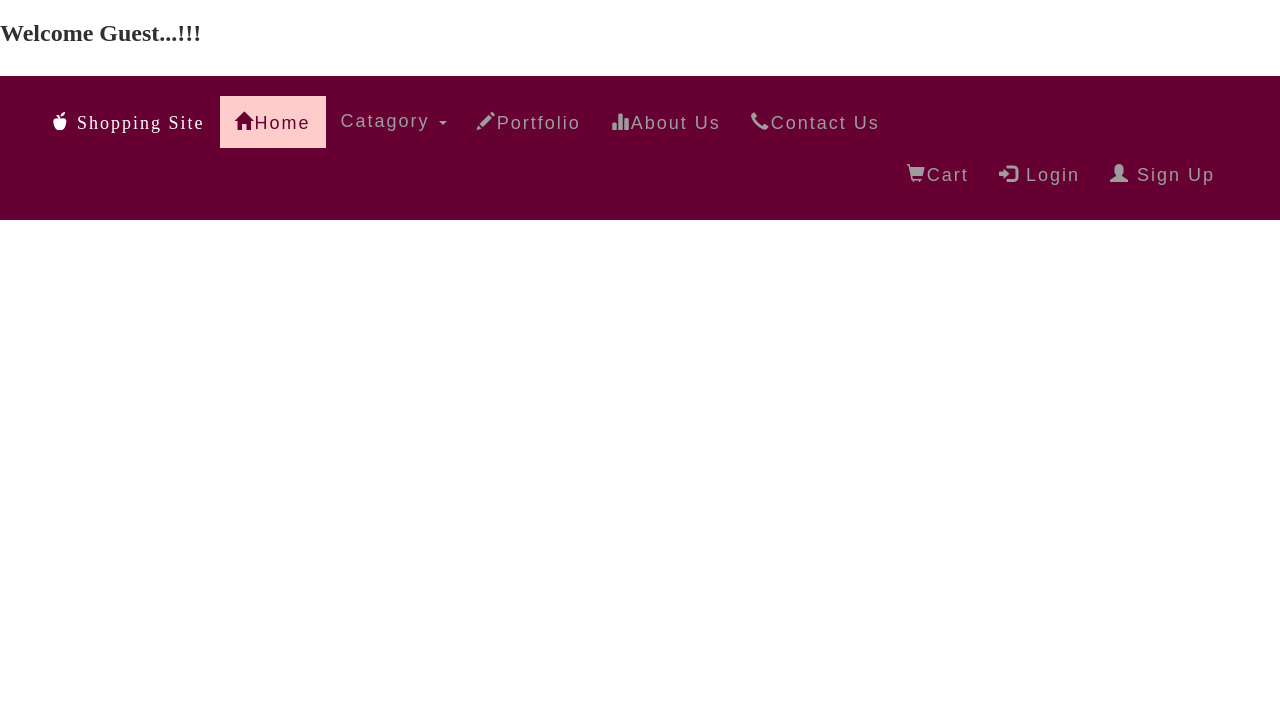
Repository: priyasuthakar/priya
Page: http://localhost/Apple/WEB-INF/views/about.jsp
These files come from the project's save history. The page is drawn as it stood at one moment and after the next save; the edit follows.
The browser window is 1280 px wide. The pictures show the whole page.
The page is served by Tomcat 9. Nobody is signed in. Other server files are loaded and not shown. The template is opened directly, without the code that normally fills it, so the values that code supplies are empty.

Above is the page before, as saved 2016-08-22 06:59:09.

### Apple/src/main/webapp/WEB-INF/views/about.jsp
<%@ page language="java" contentType="text/html; charset=ISO-8859-1"
	pageEncoding="ISO-8859-1"%>
<%@ taglib uri="http://java.sun.com/jsp/jstl/core" prefix="c"%>
<%@ taglib uri="http://www.springframework.org/tags" prefix="spring"%>
<%@ taglib uri="http://www.springframework.org/tags/form" prefix="form"%>
<%@ page session="false"%>
<%@page isELIgnored="false"%>
<%@include file="Header.jsp"%>
<!DOCTYPE html>
<html lang="en">
<head>
<title>My Shopping</title>
<meta charset="utf-8">
<meta name="viewport" content="width=device-width, initial-scale=1">
<link rel="stylesheet"
	href="http://maxcdn.bootstrapcdn.com/bootstrap/3.3.6/css/bootstrap.min.css">
<!-- <link href="http://fonts.googleapis.com/css?family=Montserrat"
	rel="stylesheet" type="text/css">
<link href="http://fonts.googleapis.com/css?family=Lato"
	rel="stylesheet" type="text/css">
 -->
<script
	src="https://ajax.googleapis.com/ajax/libs/jquery/1.12.4/jquery.min.js"></script>
<script
	src="http://maxcdn.bootstrapcdn.com/bootstrap/3.3.6/js/bootstrap.min.js"></script>
<style>
body {
	font: 400 15px Helvetica, sans-serif;
	line-height: 1.8;
	color: #818181;
}

h1 {
	font-size: 24px;
	color: #303030;
	font-weight: 600;
	margin-bottom: 30px;
	font-size: 24px;
}

h2 {
	font-size: 24px;
	text-transform: uppercase;
	color: #303030;
	font-weight: 600;
	margin-bottom: 30px;
}

h4 {
	font-size: 19px;
	line-height: 1.375em;
	color: #303030;
	font-weight: 400;
	margin-bottom: 30px;
}

.bg-grey {
	background-color: #FFCCCC;
	color: black;
	font-family: Montserrat, sans-serif;
}

.logo {
	color: #660033;
	font-size: 200px;
}

.thumbnail {
	padding: 0 0 15px 0;
	border: none;
	border-radius: 0;
}

.thumbnail img {
	width: 100%;
	height: 100%;
	margin-bottom: 10px;
}

.carousel-control.right, .carousel-control.left {
	background-image: none;
	color: #660033;
}

.carousel-indicators li {
	border-color: #660033;
}

.carousel-indicators li.active {
	background-color: #660033;
}

.carousel-inner>.item>img, .carousel-inner>.item>a>img {
	width: 250%;
	margin: auto;
}

.tales {
	width: 200%;
}

.carousel-inner {
	max-height: 600px !important;
}

.item h4 {
	font-size: 19px;
	line-height: 1.375em;
	font-weight: 400;
	font-style: italic;
	margin: 70px 0;
}

.item span {
	font-style: normal;
}

.container-fluid {
	padding: 20px 50px;
}

.navbar {
	margin-bottom: 0;
	background-color: #660033;
	z-index: 9999;
	border: 0;
	font-size: 18px !important;
	line-height: 1.42857143 !important;
	letter-spacing: 2px;
	border-radius: 0;
	font-family: Montserrat, sans-serif;
}

.navbar .navbar-brand {
	color: #FFFFFF !important;
}

.navbar .li a {
	color: #FFF !important;
}

.navbar-nav li a:hover, .navbar-nav li.active a {
	color: #660033 !important;
	background-color: #FFCCCC !important;
}

.navbar-default .navbar-toggle {
	border-color: transparent;
	color: #FFCCCC !important;
}

footer .glyphicon {
	font-size: 24px;
	margin-bottom: 20px;
	color: #660033;
}

.slideanim {
	visibility: hidden;
}

.slide {
	animation-name: slide;
	-webkit-animation-name: slide;
	animation-duration: 1s;
	-webkit-animation-duration: 1s;
	visibility: visible;
}

@media screen and (max-width: 768px) {
	.col-sm-4 {
		text-align: center;
		margin: 25px 0;
	}
	.btn-lg {
		width: 100%;
		margin-bottom: 35px;
	}
}

@media screen and (max-width: 480px) {
	.logo {
		font-size: 150px;
	}
}
</style>

</head>

<body id="myPage" data-spy="scroll" data-target=".navbar"
	data-offset="60">

### Apple/src/main/webapp/WEB-INF/views/Header.jsp
<%@ page language="java" contentType="text/html; charset=ISO-8859-1"
	pageEncoding="ISO-8859-1"%>
<%@ taglib uri="http://java.sun.com/jsp/jstl/core" prefix="c"%>
<!DOCTYPE html PUBLIC "-//W3C//DTD HTML 4.01 Transitional//EN" "http://www.w3.org/TR/html4/loose.dtd">
<html>
<head>
<meta http-equiv="Content-Type" content="text/html; charset=ISO-8859-1">
</head>
<body>
	<c:choose>
		<c:when test="${empty username}">
			<font face="Harlow Solid Italic"><h1>Welcome Guest...!!!</h1></font>
		</c:when>
		<c:when test="${not empty username}">
			<font face="Harlow Solid Italic"><h1>${username}</h1></font>
		</c:when>
	</c:choose>
	<nav class="navbar navbar-inverse">

	<div class="container-fluid">
		<div class="navbar-header">
			<a class="navbar-brand"> <span class="glyphicon glyphicon-apple"></span>
				<font face="Script MT Bold"> Shopping Site </font>
			</a>
		</div>
		 <div class="collapse navbar-collapse" id="myNavbar">
		<ul class="nav navbar-nav">
			<li class="active"><a href="Home"><span
					class="glyphicon glyphicon-home"></span>Home</a></li>
			<li class="dropdown"><a class="dropdown-toggle"
				data-toggle="dropdown" href="#"> Catagory <span class="caret"></span></a>
				<ul class="dropdown-menu">
					<li><a href="product1">Desktop</a></li>
					<li><a href="product1">Laptop</a></li>
					<li><a href="product1">Iphone</a></li>
					<li><a href="product1">Ipad</a></li>
					<li><a href="product1">Ipod</a></li>
					<li><a href="product1">Accessories</a></li>
				</ul></li>
			<li><a href="#portfolio"><span
					class="glyphicon glyphicon-pencil"></span>Portfolio</a></li>
			<li><a href="#about"><span class="glyphicon glyphicon-stats"></span>About
					Us</a></li>
			<li><a href="#contactus"><span
					class="glyphicon glyphicon-earphone"></span>Contact Us</a></li>
		</ul>

		<ul class="nav navbar-nav navbar-right">
			<li><a href="cart"><span
					class="glyphicon glyphicon-shopping-cart"></span>Cart</a></li>
			<c:choose>
				<c:when test="${empty username}">
					<li><a href="login"><span
							class="glyphicon glyphicon-log-in"></span> Login</a></li>
					<li><a href="reg"><span class="glyphicon glyphicon-user"></span>
							Sign Up</a></li>
				</c:when>
				<c:when test="${not empty username}">
					<li><a href="logout"><span
							class="glyphicon glyphicon-user"></span> Logout</a></li>
				</c:when>
			</c:choose>
		</ul>
	</div>
	</div>
	</nav>

</body>
</html>

After the next save:
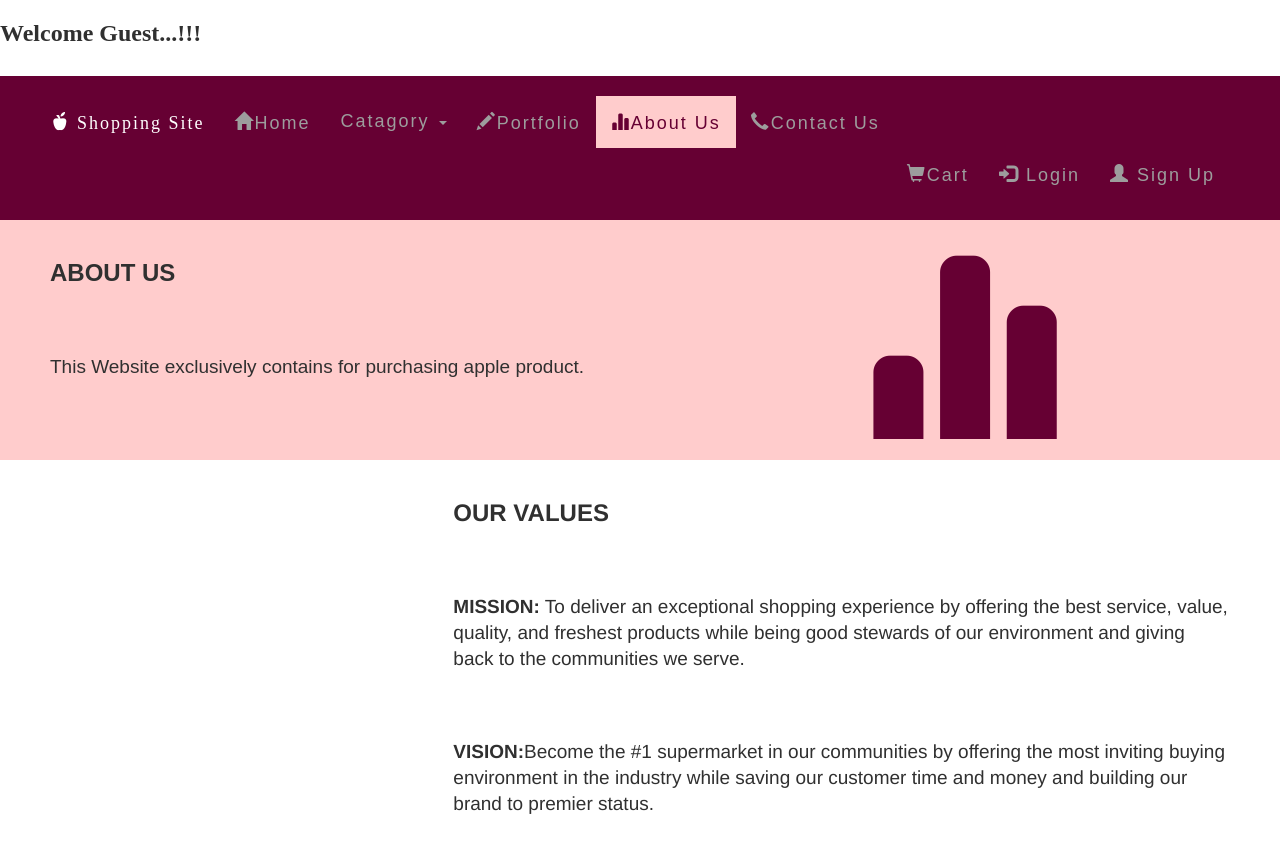
Saved 111 s later.
--- a/Apple/src/main/webapp/WEB-INF/views/about.jsp
+++ b/Apple/src/main/webapp/WEB-INF/views/about.jsp
@@ -189,3 +189,47 @@ footer .glyphicon {
 
 <body id="myPage" data-spy="scroll" data-target=".navbar"
 	data-offset="60">
+<!-- Container (About Section) -->
+	<div id="about" class="container-fluid bg-grey ">
+		<div class="row">
+			<div class="col-sm-8">
+				<h2>About Us</h2>
+				<br>
+				<h4>
+					<p>This Website exclusively contains for purchasing apple
+						product.</p>
+				</h4>
+			</div>
+			<div class="col-sm-4">
+				<span class="glyphicon glyphicon-stats logo"></span>
+			</div>
+		</div>
+	</div>
+
+	<div class="container-fluid ">
+		<div class="row">
+			<div class="col-sm-4">
+				<span class="glyphicon glyphicon-globe logo slideanim"></span>
+			</div>
+			<div class="col-sm-8">
+				<h2>Our Values</h2>
+				<br>
+				<h4>
+					<strong>MISSION:</strong> To deliver an exceptional shopping
+					experience by offering the best service, value, quality, and
+					freshest products while being good stewards of our environment and
+					giving back to the communities we serve.
+				</h4>
+				<br>
+				<h4>
+					<strong>VISION:</strong>Become the #1 supermarket in our
+					communities by offering the most inviting buying environment in the
+					industry while saving our customer time and money and building our
+					brand to premier status.
+				</h4>
+			</div>
+		</div>
+	</div>
+
+	</body>
+	</html>
